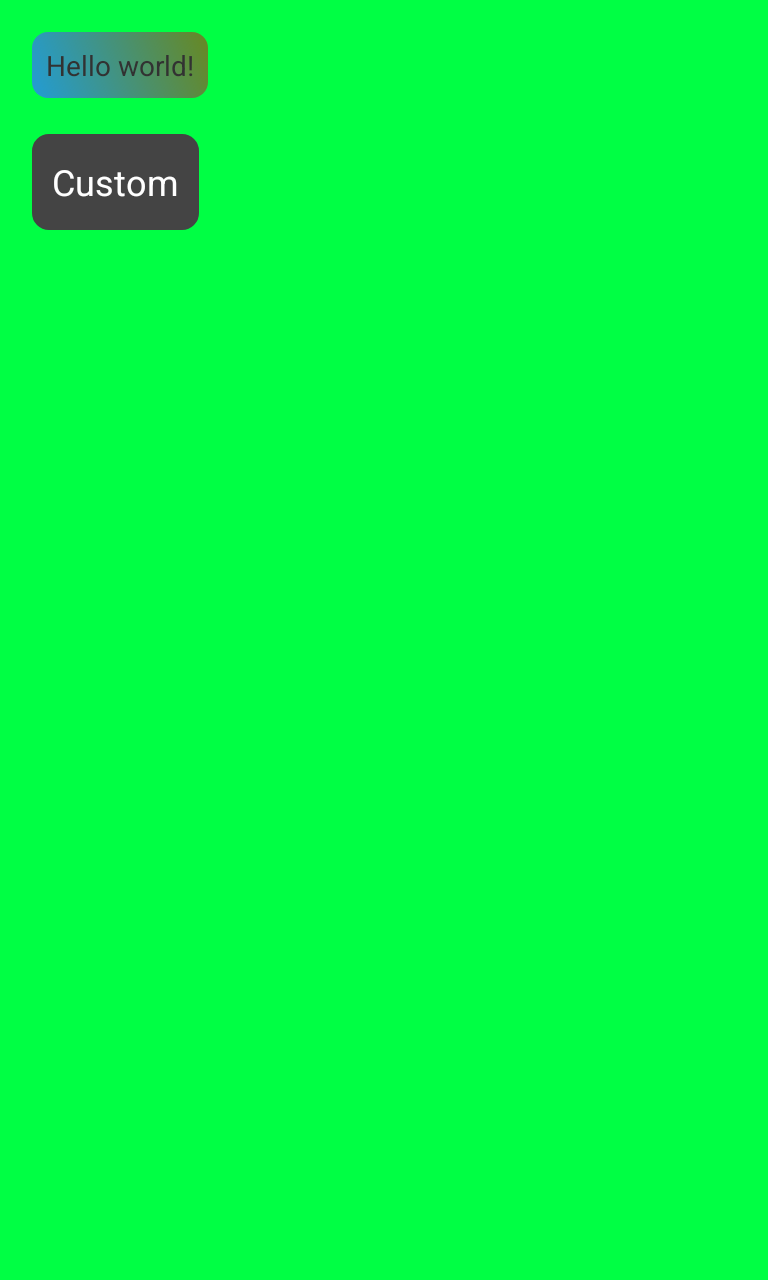
Repository: G3rcar/Android-II
Layout: Clase27Shape/res/layout/activity_main.xml
An editor plug-in stored every save of this project. The layout is shown before and after the next save, followed by the edit.
It is drawn on a 768 x 1280 px phone screen (xhdpi) without system bars, with theme AppTheme; the app's code is not run.

Above is the layout before, as saved 2013-12-09 13:34:36.

After the next save:
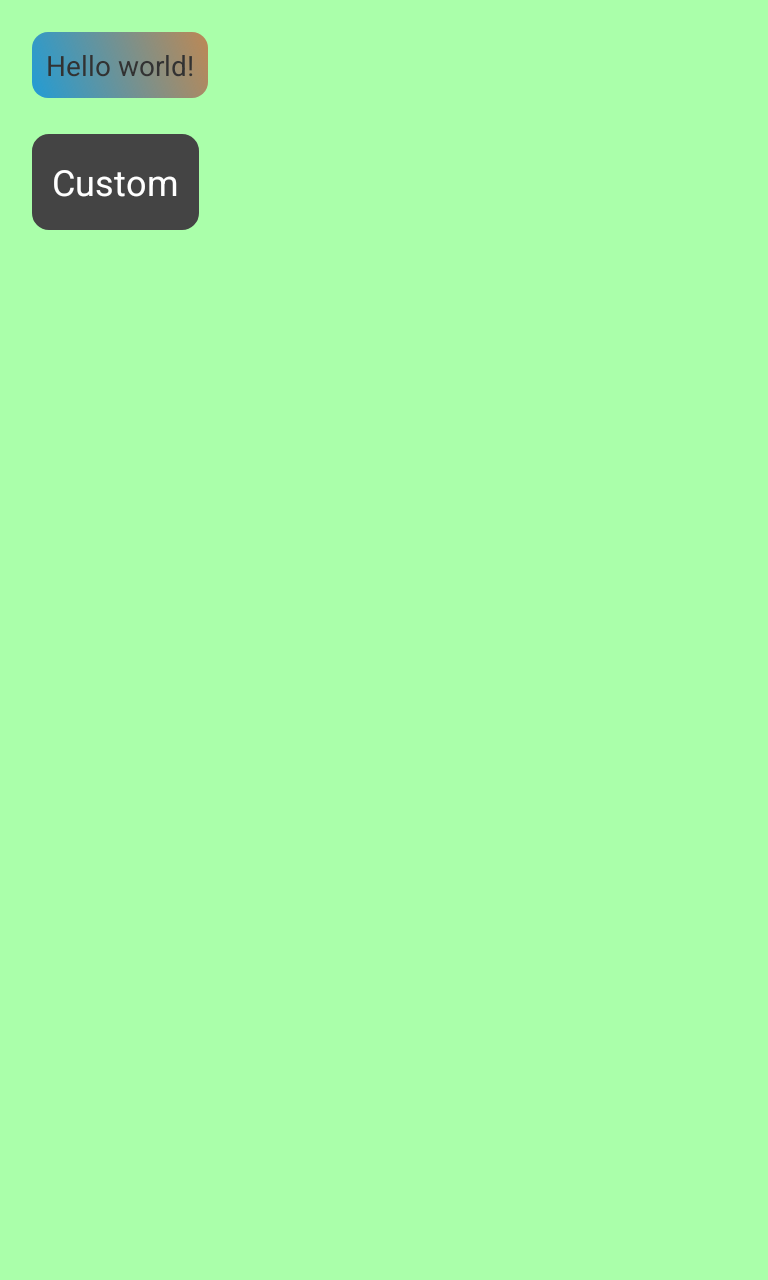
Saved 20 s later.
--- a/Clase27Shape/res/values/mycolors.xml
+++ b/Clase27Shape/res/values/mycolors.xml
@@ -1,5 +1,5 @@
 <?xml version="1.0" encoding="utf-8"?>
 <resources>
-    <color name="green">#00ff44</color>
+    <color name="green">#aaffaa</color>
 
 </resources>
